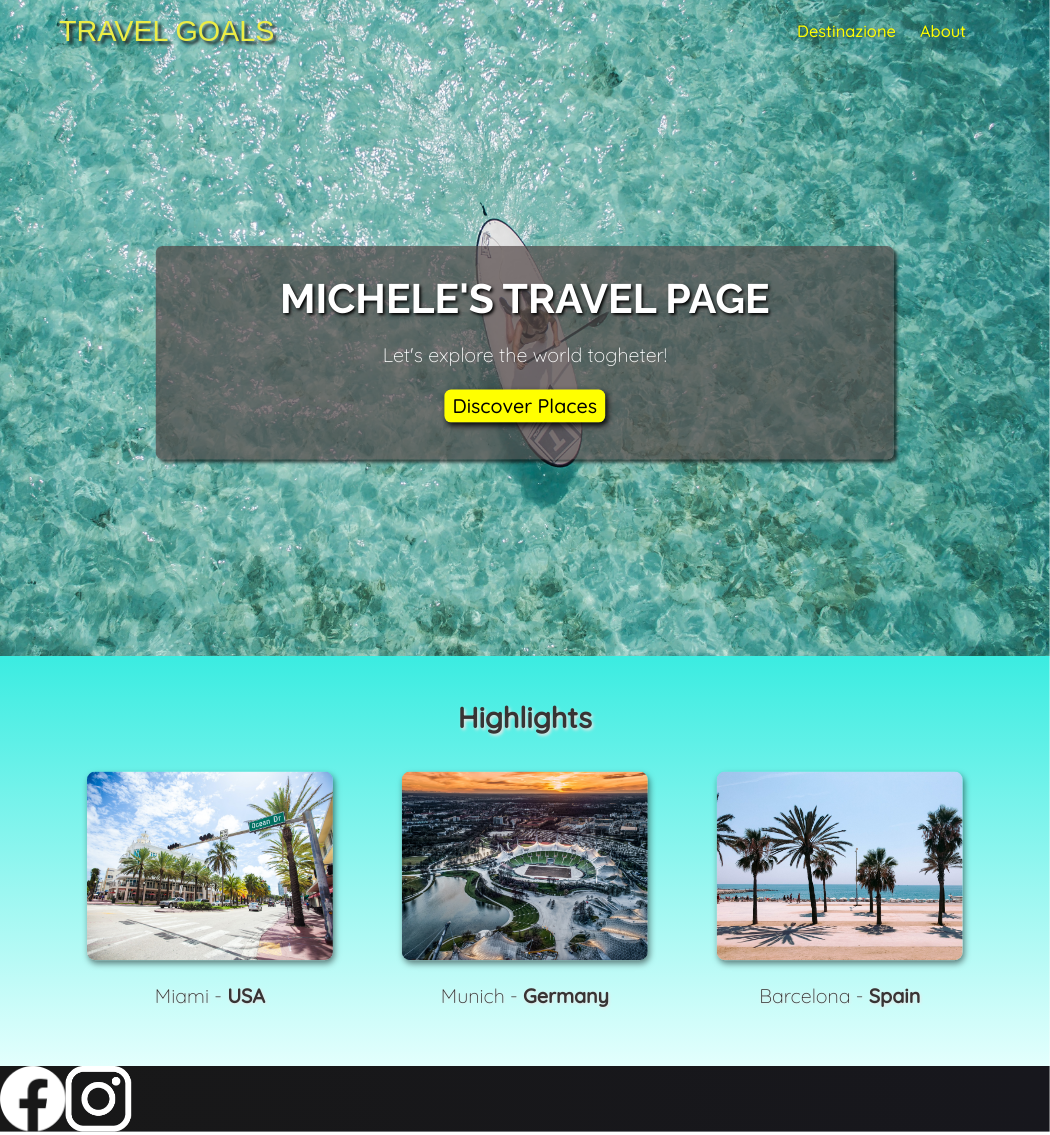
Repository: MicTomm/Travel-Goals
Page: index.html
These files come from the project's save history. The page is drawn as it stood at one moment and after the next save; the edit follows.
The browser window is 1280 px wide. The pictures show the whole page, at 82% of full size.
Some web fonts or font styles are not loaded; a fallback is used.

Above is the page before, as saved 2023-06-08 17:00:50.

After the next save:
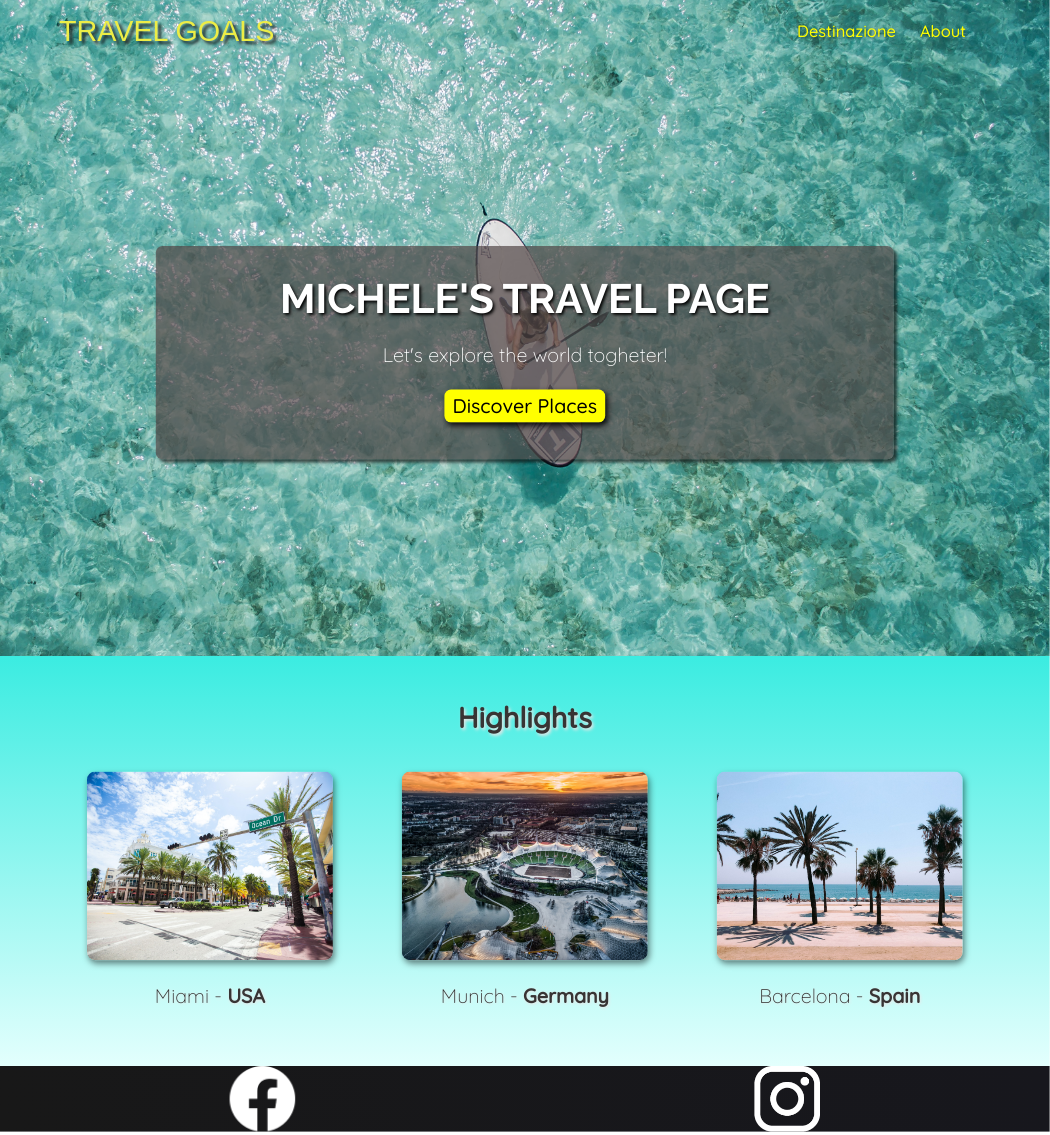
Saved 45 s later.
--- a/styles/shared.css
+++ b/styles/shared.css
@@ -51,7 +51,6 @@
 footer{
     background: linear-gradient(70deg, rgb(24, 24, 24), rgb(23, 23, 29));
     width: 100%;
-    margin: 0px auto;
 }
 
 footer ul{
@@ -59,6 +58,7 @@
 }
 
 footer li{
+    margin: 0px auto;
     width: 80px;
     height: 80px;
 }

After the save that followed:
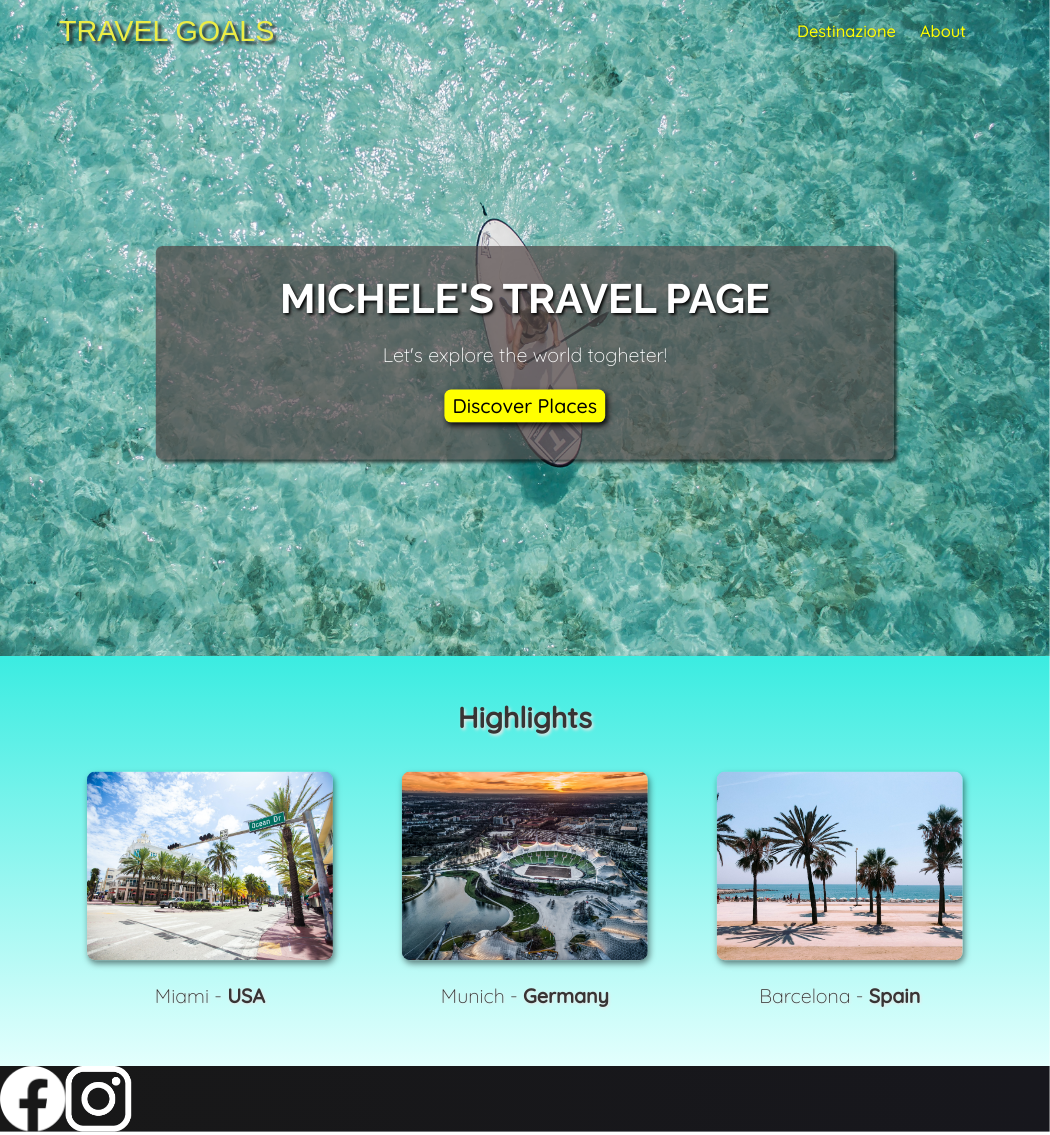
Saved 55 s later.
--- a/styles/shared.css
+++ b/styles/shared.css
@@ -58,12 +58,12 @@
 }
 
 footer li{
-    margin: 0px auto;
     width: 80px;
     height: 80px;
 }
 
 footer img{
+    margin: 0px auto;
     width: 100%;
     height: 100%;
 }
